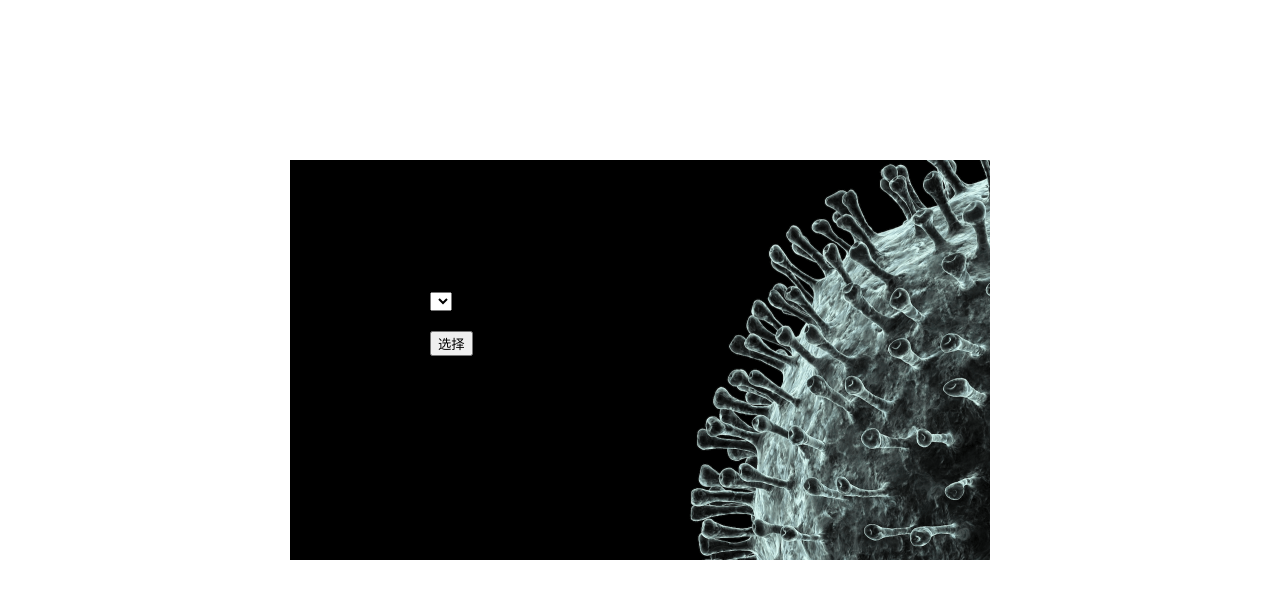
Repository: yz990219/InfectStatisticWeb
Page: http://localhost/MyInfectStatisticWeb/dateChoose.jsp
The author's editor kept a copy of each file at every save. The page is drawn from the files as they stood at one save, then again after the next save.
The browser window is 1280 px wide. The pictures show the whole page.
The page is served by Tomcat 9. Other server files are loaded and not shown.

Above is the page before, as saved 2020-03-13 14:42:38.

### MyInfectStatisticWeb/WebContent/dateChoose.jsp
<%@ page language="java" contentType="text/html; charset=utf-8"
	pageEncoding="utf-8"%>
<%@ page import="hw2.*"%>
<%@ page import="java.util.*"%>
<%@ page import="java.io.File"%>
<!DOCTYPE html>
<html>
<head>
<title>日期选择</title>
<link href="css/datechoose.css" rel="stylesheet">
</head>
<body>
	<div class="datechoose">
		<form class="form" action="index.jsp" method="post">
			<%
				ArrayList<String> fileNameList = new ArrayList<String>();
				String[] temp;
				String path = "D:\\InfectStatisticWeb\\MyInfectStatisticWeb\\WebContent\\log\\";
				File name = new File(path);
				temp = name.list();
				if (name.isDirectory()) {
					for (int i = 0; i < temp.length; i++) {
						fileNameList.add(temp[i]);
					}
				}
			%>
			<div><h1>日期选择</h1></div>
			<div>
				<select name="date">
					<%
						for (int i = 0; i < fileNameList.size(); i++) {
					%>
					<option
						value="<%=fileNameList.get(i).substring(0, fileNameList.get(i).length() - 8)%>">
						<%=fileNameList.get(i).substring(0, fileNameList.get(i).length() - 8)%>
					</option>
					<%
						}
					%>
				</select>
			</div>
			<div style="margin-top: 20px">
				<button type="submit">选择</button>
			</div>

		</form>
	</div>

</body>
</html>

### MyInfectStatisticWeb/WebContent/css/datechoose.css
@charset "UTF-8";
.datechoose {
	background-image: url(backgroundimg.png);
   	width: 700px;
    height: 400px;
    position: fixed;
    left: 50%;
    top: 50%;
    z-index: 11;
    /*设定这个div的margin-top的负值为自身的高度的一半,margin-left的值也是自身的宽度的一半的负值.*/
    /*宽为400,那么margin-top为-200px*/
    /*高为200那么margin-left为-100px;*/
    margin: -200px 0 0 -350px;
}
.form{
	margin: 65px 0 0 140px;
}

After the next save:
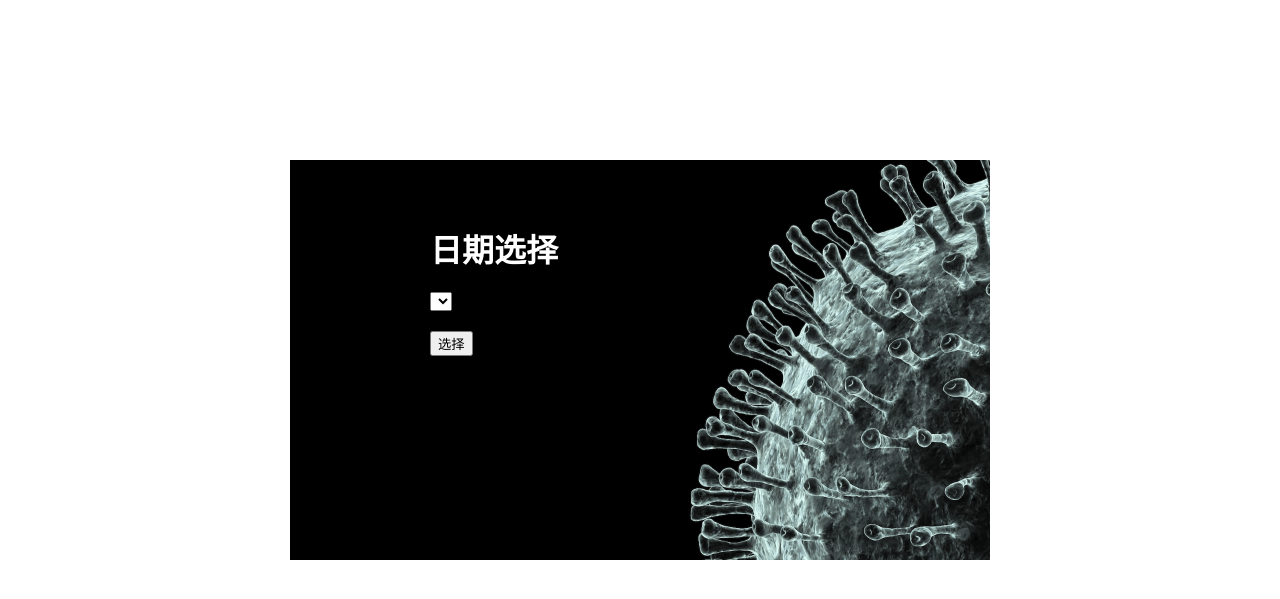
Saved 53 s later.
--- a/MyInfectStatisticWeb/WebContent/dateChoose.jsp
+++ b/MyInfectStatisticWeb/WebContent/dateChoose.jsp
@@ -24,7 +24,7 @@
 					}
 				}
 			%>
-			<div><h1>日期选择</h1></div>
+			<div><h1 style="color:#ffffff ;">日期选择</h1></div>
 			<div>
 				<select name="date">
 					<%
